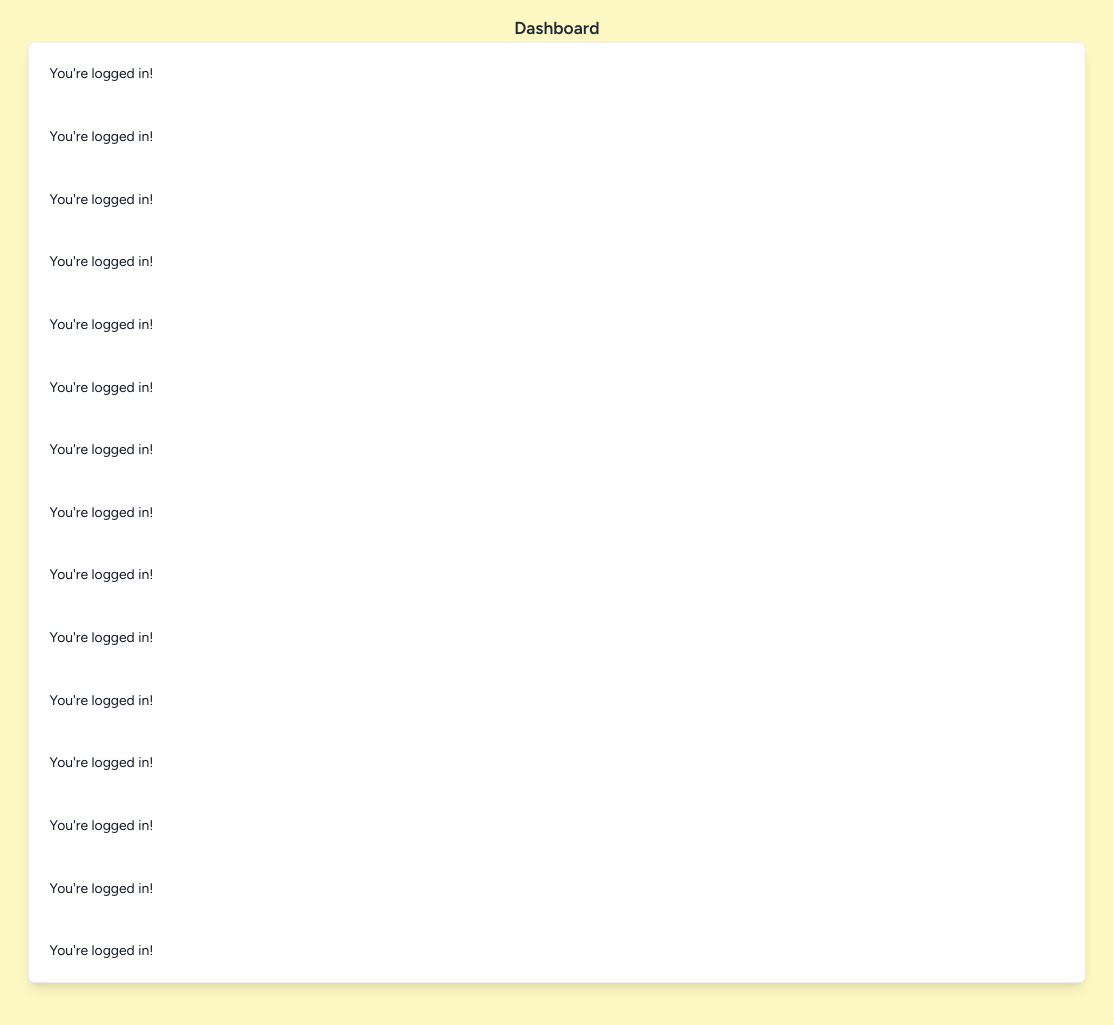
Repository: RudyAnconi/grocery
Page: resources/views/dashboard.blade.php
These files come from the project's save history. The page is drawn as it stood at one moment and after a run of saves; the edit follows.
The browser window is 1280 px wide. The pictures show the whole page, at 87% of full size.
The page is served by the project's Laravel application, run on PHP 8.4 with Laravel 12. Other server files are loaded and not shown. Style sheets and scripts are compiled from the project's sources, by tool versions that may differ from the author's. The template is opened directly, without the code that normally fills it, so the values that code supplies are empty.

Above is the page before, as saved 2024-06-07 20:39:05.

### resources/views/dashboard.blade.php
<x-app-layout>
    <x-slot name="header">
        <h2 class="font-semibold text-xl text-gray-800 leading-tight text-center fixed inset-0 p-5">
            {{ __('Dashboard') }}
        </h2>
    </x-slot>

    <div class="pb-12">
        <div class="max-w-7xl mx-auto sm:px-6 lg:px-8">
            <div class="bg-white overflow-hidden shadow-lg border border-gray-200 sm:rounded-lg">
                <div class="p-6 text-gray-900">
                    {{ __("You're logged in!") }}
                </div>
                <div class="p-6 text-gray-900">
                    {{ __("You're logged in!") }}
                </div>
                <div class="p-6 text-gray-900">
                    {{ __("You're logged in!") }}
                </div>
                <div class="p-6 text-gray-900">
                    {{ __("You're logged in!") }}
                </div>
                <div class="p-6 text-gray-900">
                    {{ __("You're logged in!") }}
                </div>
                <div class="p-6 text-gray-900">
                    {{ __("You're logged in!") }}
                </div>
                <div class="p-6 text-gray-900">
                    {{ __("You're logged in!") }}
                </div>
                <div class="p-6 text-gray-900">
                    {{ __("You're logged in!") }}
                </div>
                <div class="p-6 text-gray-900">
                    {{ __("You're logged in!") }}
                </div>
                <div class="p-6 text-gray-900">
                    {{ __("You're logged in!") }}
                </div>
                <div class="p-6 text-gray-900">
                    {{ __("You're logged in!") }}
                </div>
                <div class="p-6 text-gray-900">
                    {{ __("You're logged in!") }}
                </div>
                <div class="p-6 text-gray-900">
                    {{ __("You're logged in!") }}
                </div>
                <div class="p-6 text-gray-900">
                    {{ __("You're logged in!") }}
                </div>
                <div class="p-6 text-gray-900">
                    {{ __("You're logged in!") }}
                </div>
            </div>
        </div>
    </div>
</x-app-layout>

### resources/views/layouts/app.blade.php
<!DOCTYPE html>
<html lang="{{ str_replace('_', '-', app()->getLocale()) }}">

<head>
    <meta charset="utf-8">
    <meta name="viewport" content="width=device-width, initial-scale=1">
    <meta name="csrf-token" content="{{ csrf_token() }}">

    <title>{{ config('app.name', 'Laravel') }}</title>

    <!-- Fonts -->
    <link rel="preconnect" href="https://fonts.bunny.net">
    <link href="https://fonts.bunny.net/css?family=figtree:400,500,600&display=swap" rel="stylesheet" />

    <!-- Scripts -->
    @vite(['resources/css/app.css', 'resources/js/app.js'])
</head>

<body class="font-sans antialiased">
    <livewire:layout.navigation />
    <div class="min-h-screen bg-yellow-100">

        <!-- Page Heading -->
        @if (isset($header))
            <header class="bg-transparent">
                <div class="max-w-7xl mx-auto py-6 px-4 sm:px-6 lg:px-8">
                    {{ $header }}
                </div>
            </header>
        @endif

        <!-- Page Content -->
        <main>
            {{ $slot }}
        </main>
    </div>
</body>

</html>

Loaded but not shown: routes/web.php (common file); routes/auth.php (common file); app/Http/Controllers/Auth/VerifyEmailController.php (common file); app/Http/Controllers/Controller.php (common file); app/View/Components/AppLayout.php (common file); resources/css/app.css (common file); tailwind.config.js (common file)

After the next 7 saves:
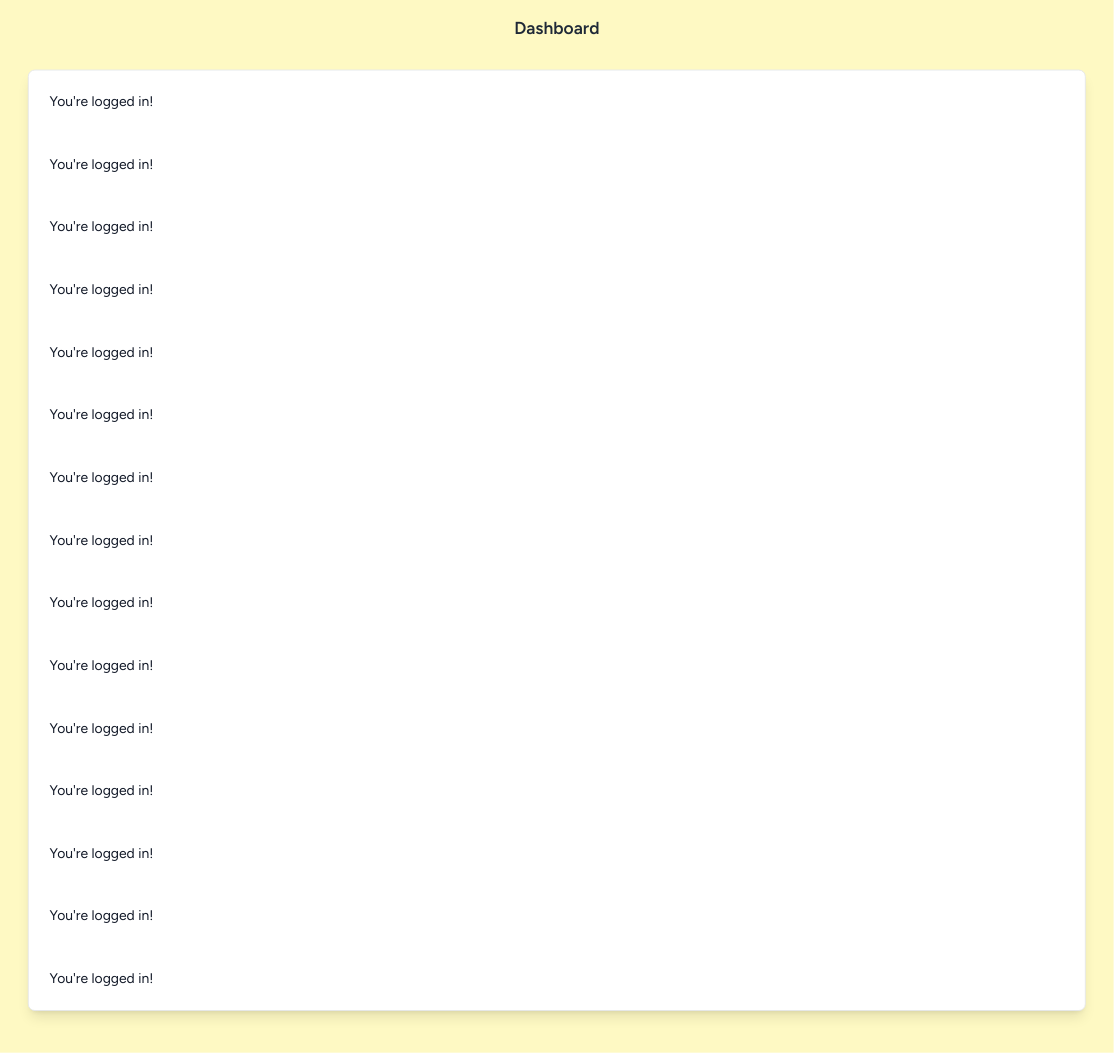
The 7 saves are shown as one change because they came seconds apart.
The last was saved 67 s later.
--- a/resources/views/layouts/app.blade.php
+++ b/resources/views/layouts/app.blade.php
@@ -23,7 +23,7 @@
         <!-- Page Heading -->
         @if (isset($header))
             <header class="bg-transparent">
-                <div class="max-w-7xl mx-auto py-6 px-4 sm:px-6 lg:px-8">
+                <div class="max-w-7xl mx-auto py-6 px-4 sm:px-6 lg:px-8 h-20">
                     {{ $header }}
                 </div>
             </header>
